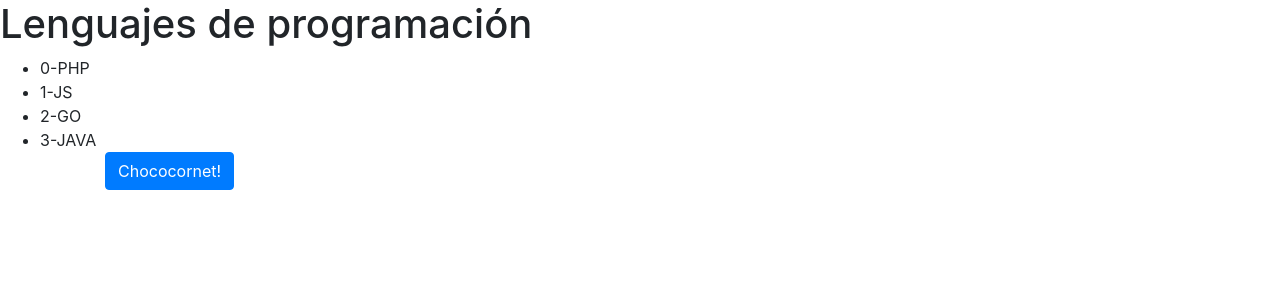
Repository: gitmadacode/practica_javascript
Page: Inicio/index.html
These files come from the project's save history. The page is drawn as it stood at one moment and after the next save; the edit follows.
The browser window is 1280 px wide. The pictures show the whole page.

Above is the page before, as saved 2019-09-08 20:53:46.

### Inicio/index.html
<!DOCTYPE html>
<html lang="en">
    <script type ="text/javascript" src="js/arrays.js"></script>  <!---para llamar al archivo JS-->
    <link href="node_modules/sweetalert2/dist/sweetalert2.css" rel="stylesheet"/>
    <link rel="stylesheet" href="https://stackpath.bootstrapcdn.com/bootstrap/4.3.1/css/bootstrap.min.css" integrity="sha384-ggOyR0iXCbMQv3Xipma34MD+dH/1fQ784/j6cY/iJTQUOhcWr7x9JvoRxT2MZw1T" crossorigin="anonymous">
    <script src="https://code.jquery.com/jquery-3.3.1.slim.min.js" integrity="sha384-q8i/X+965DzO0rT7abK41JStQIAqVgRVzpbzo5smXKp4YfRvH+8abtTE1Pi6jizo" crossorigin="anonymous"></script>
<script src="https://cdnjs.cloudflare.com/ajax/libs/popper.js/1.14.7/umd/popper.min.js" integrity="sha384-UO2eT0CpHqdSJQ6hJty5KVphtPhzWj9WO1clHTMGa3JDZwrnQq4sF86dIHNDz0W1" crossorigin="anonymous"></script>
<script src="https://stackpath.bootstrapcdn.com/bootstrap/4.3.1/js/bootstrap.min.js" integrity="sha384-JjSmVgyd0p3pXB1rRibZUAYoIIy6OrQ6VrjIEaFf/nJGzIxFDsf4x0xIM+B07jRM" crossorigin="anonymous"></script>
<head>
    <meta charset="UTF-8">
    <meta name="viewport" content="width=device-width, initial-scale=1.0">
    <meta http-equiv="X-UA-Compatible" content="ie=edge">
    <title>Documento</title>
</head>
<body>
    <div class="container">

        <button onclick="prueba()" type="button" class="btn btn-primary">Chococornet!</button>
    </div>

    <script src="node_modules/sweetalert2/dist/sweetalert2.all.min.js"></script>

   </body>
</html>

### Inicio/js/arrays.js

//Arrays, arreglos, matrices

var nombre = "sebastian"
var nombres = ["sebastian","victor","pedro","juan",52,true];

var lenguajes = new Array("PHP","JS","GO","JAVA");

/*
var elemento = parseInt(prompt("Que elemento del array quieres?",0));
if (elemento >=nombres.length) {

    alert("Introduce el numero correcto menor que " + nombres.length);
} else {
    alert("El usuario  seleccionado es "+nombres[elemento]);
}*/

document.write("<h1>Lenguajes de programación</h1>");
document.write("<ul>");
/*
//Primera forma de recorrer un array
for (var i = 0 ; i<lenguajes.length ; i++ ) {
    document.write("<li>"+lenguajes[i]+"</li>");
}
document.write("</ul>");*/

lenguajes.forEach((elemento,indice) =>{
    document.write("<li>"+indice+"-"+elemento+"</li>");
});

Loaded but not shown: Inicio/node_modules/sweetalert2/dist/sweetalert2.css (library); Inicio/node_modules/sweetalert2/dist/sweetalert2.all.min.js (library); Inicio/js/arrays-multidimensionales.js (no stored copy; drawn as an empty file)

After the next save:
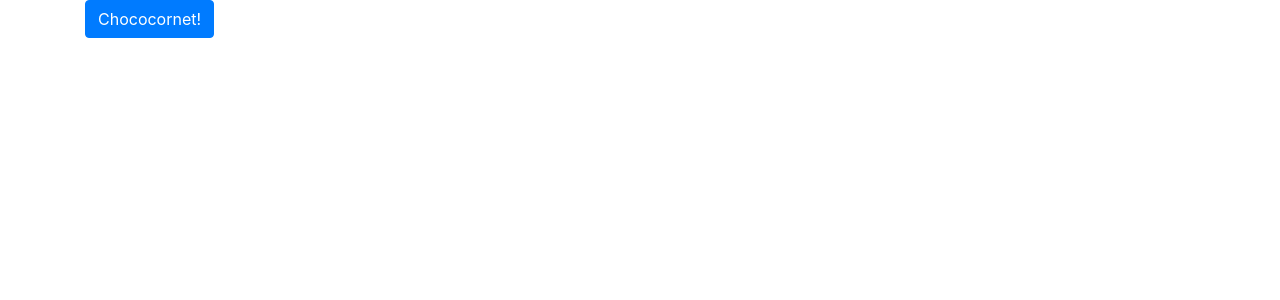
Saved 8 s later.
--- a/Inicio/index.html
+++ b/Inicio/index.html
@@ -1,6 +1,6 @@
 <!DOCTYPE html>
 <html lang="en">
-    <script type ="text/javascript" src="js/arrays.js"></script>  <!---para llamar al archivo JS-->
+    <script type ="text/javascript" src="js/arrays-multidimensionales.js"></script>  <!---para llamar al archivo JS-->
     <link href="node_modules/sweetalert2/dist/sweetalert2.css" rel="stylesheet"/>
     <link rel="stylesheet" href="https://stackpath.bootstrapcdn.com/bootstrap/4.3.1/css/bootstrap.min.css" integrity="sha384-ggOyR0iXCbMQv3Xipma34MD+dH/1fQ784/j6cY/iJTQUOhcWr7x9JvoRxT2MZw1T" crossorigin="anonymous">
     <script src="https://code.jquery.com/jquery-3.3.1.slim.min.js" integrity="sha384-q8i/X+965DzO0rT7abK41JStQIAqVgRVzpbzo5smXKp4YfRvH+8abtTE1Pi6jizo" crossorigin="anonymous"></script>
